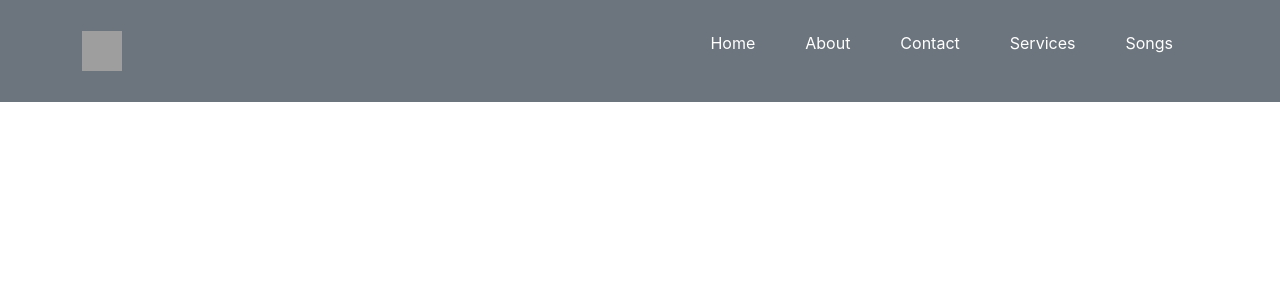
Repository: stephenkayade/cephas-musical
Page: / (app in cephas-musical/)
The author's editor kept a copy of each file at every save. The page is drawn from the files as they stood at one save, then again after a run of saves.
The browser window is 1280 px wide. The pictures show the whole page.
Pictures or frames that could not be fetched are drawn as grey boxes. The project was rebuilt for these pictures with package versions that can differ from the ones it lists, and the page was loaded fresh each time. A package was used in the major version that the imports need, not the one package.json lists. Also part of the build but not shown: cephas-musical/src/components/Master.jsx.

Above is the page before, as saved 2021-03-09 05:06:20.

### cephas-musical/public/index.html
<!DOCTYPE html>
<html lang="en">
  <head>
    <meta charset="utf-8" />
    <link rel="icon" href="%PUBLIC_URL%/favicon.ico" />
    <meta name="viewport" content="width=device-width, initial-scale=1" />
    <meta name="theme-color" content="#000000" />
    <meta
      name="description"
      content="Web site created using create-react-app"
    />
    <link rel="apple-touch-icon" href="%PUBLIC_URL%/logo192.png" />
    <link rel="stylesheet" type="text/css" href="%PUBLIC_URL%/css/bootstrap.min.css">
    <link rel="stylesheet" type="text/css" href="%PUBLIC_URL%/css/custom.css">
    <!--
      manifest.json provides metadata used when your web app is installed on a
      user's mobile device or desktop. See https://developers.google.com/web/fundamentals/web-app-manifest/
    -->
    <link rel="manifest" href="%PUBLIC_URL%/manifest.json" />
    <!--
      Notice the use of %PUBLIC_URL% in the tags above.
      It will be replaced with the URL of the `public` folder during the build.
      Only files inside the `public` folder can be referenced from the HTML.

      Unlike "/favicon.ico" or "favicon.ico", "%PUBLIC_URL%/favicon.ico" will
      work correctly both with client-side routing and a non-root public URL.
      Learn how to configure a non-root public URL by running `npm run build`.
    -->
    <title>React App</title>
  </head>
  <body>
    <noscript>You need to enable JavaScript to run this app.</noscript>
    <div id="root"></div>
    <!--
      This HTML file is a template.
      If you open it directly in the browser, you will see an empty page.

      You can add webfonts, meta tags, or analytics to this file.
      The build step will place the bundled scripts into the <body> tag.

      To begin the development, run `npm start` or `yarn start`.
      To create a production bundle, use `npm run build` or `yarn build`.
    -->
  </body>
</html>

### cephas-musical/src/App.js
import React, { Suspense } from 'react'
import { BrowserRouter as Router, Switch, Route, Link } from "react-router-dom";
import Master from './components/Master';
import Home from './components/public/Home'
import { Ellipsis } from 'react-css-spinners'
const Homepage = React.lazy(() => import('./components/public/Home'));


const loading = () => {

  <div className="row" style={{ height: "100vh", width: "100%" }}>

    <div className="col-md-3 text-center mx-auto my-auto">
      {' '}
      <Ellipsis
        color="#2d3d4d"
        size={80}
      />
    </div>

  </div>


}

const App = () => {
  return (

      <Router>
        <Suspense fallback={loading}>

          <Switch>
            <Route path="/" component={Home} exact />
          </Switch>
          </Suspense>
      </Router>

  );
}

export default App;

### cephas-musical/src/components/public/Home.jsx
import React from 'react'
import Nav from '../partials/Nav'


const Home = () => {
    return(
        <>
            <Nav/>
        </>
    )
}

export default Home;

### cephas-musical/src/components/partials/Nav.jsx
import React from 'react';
import { BrowserRouter as Router, Switch, Route, Link } from 'react-router-dom';
import image from '../assets/cephas-logo.png'

import Navbox from './Navbox';

const Nav = () => {
    const Navlists = [
        {
            title: 'Home',
            LinkUrl: '/',
        },
        {
            title: 'About',
            LinkUrl: '/about',
        },
        {
            title: 'Contact',
            LinkUrl: '/contact',
        },
        {
            title: 'Services',
            LinkUrl: '/services',
        },
        {
            title: 'Songs',
            LinkUrl: '/songs',
        },
    ];
    return (
        <>
            <div className="container-fluid bg-secondary p-3">
                <div className="navbar container d-flex align-items-center justify-content-between">
                    <img src={image} alt="logo image" className="logo-img" />
                    <ul className="d-flex navbox">
                        {Navlists.length > 0 ? (
                            Navlists.map((link) => (
                                <Navbox title={link.title} LinkUrl={link.LinkUrl} />
                            ))
                        ) : (
                                <>
                                    <div>populate with data</div>
                                </>
                            )}
                    </ul>
                </div>
            </div>
        </>
    );
};

export default Nav;

### cephas-musical/src/components/partials/Navbox.jsx
import React from 'react';
import {BrowserRouter as Router, Switch, Route, Link} from 'react-router-dom';

const Navbox = ({LinkUrl, title}) => {
  return (
    <>
      <div className="navbox">
        <li>
          <Link className="px-2 btn text-white" to={Link ? LinkUrl : null}>{title ? title : 'invalid'}</Link>
        </li>
      </div>
    </>
  );
};

export default Navbox;

### cephas-musical/public/css/custom.css
.navbox li {
    list-style: none;

    margin: 0 1rem;
}

.navbox li:hover {
    background: #333F4F;
    border-radius: 5px;
    -webkit-border-radius: 5px;
    -moz-border-radius: 5px;
    -ms-border-radius: 5px;
    -o-border-radius: 5px;
    transition: color 0.3s ease-in-out, background 0.7s ease-in-out;

}

.logo-img {
    height: 40px;
    width: 40px;
    image-rendering: 40px;
}

Loaded but not shown: cephas-musical/src/index.js (common file); cephas-musical/src/index.css (common file); cephas-musical/src/reportWebVitals.js (common file); cephas-musical/public/css/bootstrap.min.css (library)

After the next 3 saves:
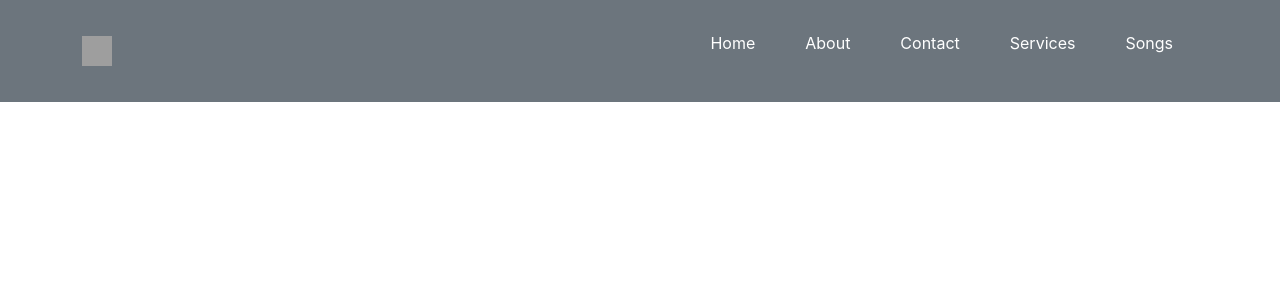
The 3 saves are shown as one change because they came seconds apart.
The last was saved 37 s later.
--- a/cephas-musical/public/css/custom.css
+++ b/cephas-musical/public/css/custom.css
@@ -16,7 +16,7 @@
 }
 
 .logo-img {
-    height: 40px;
-    width: 40px;
-    image-rendering: 40px;
+    height: 30px;
+    width: 30px;
+    image-rendering: 30px;
 }
